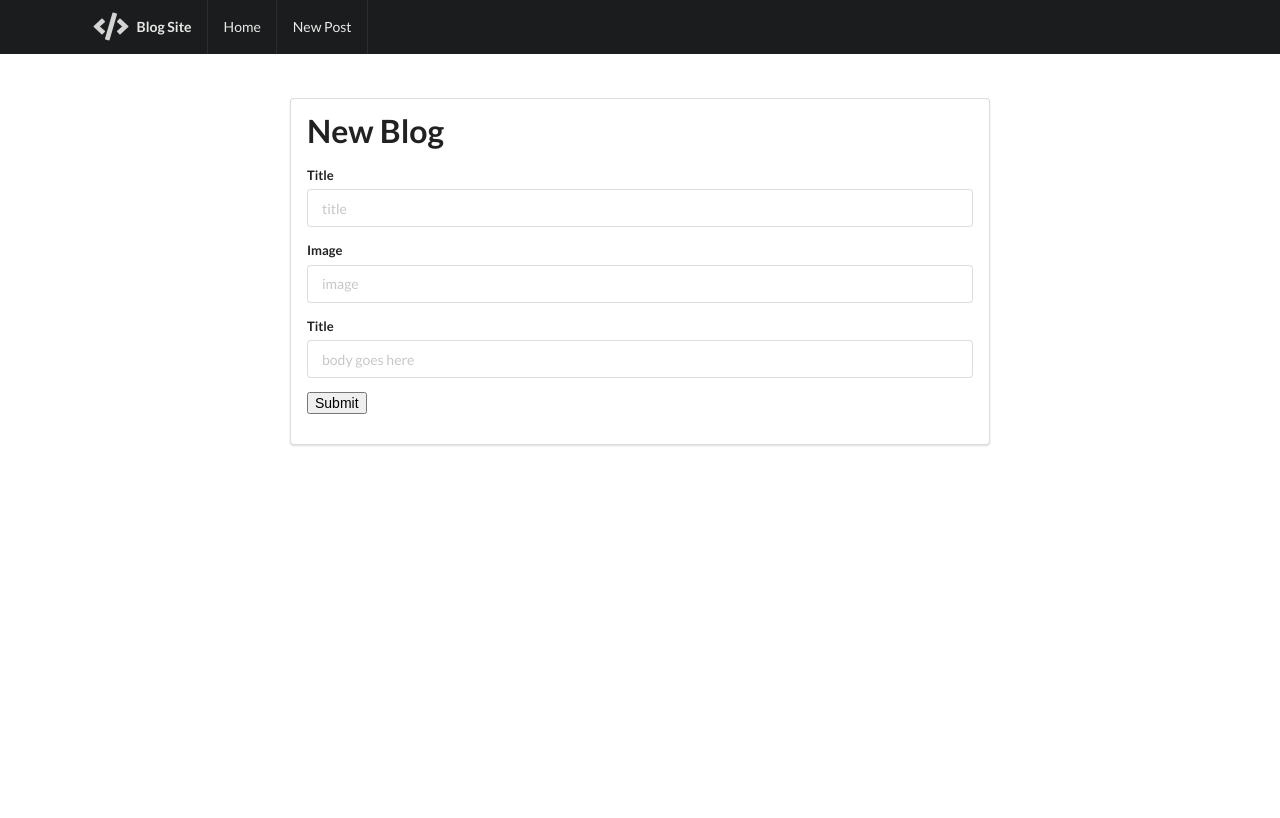
Repository: itsSYBruce/Redfin-Food-Truck
Page: http://localhost/blogs/new
The author's editor kept a record of every edit. The page is drawn from the files as they stood at one moment, then again after the next edit.
The browser window is 1280 px wide. The pictures show the whole page.
Some web libraries are served in a nearby version. The page is served by the project's Node server (RESTful Routing/RESTfulBlogApp/app.js).

Above is the page before.

### rulev bs4/RESTful Routing/RESTfulBlogApp/views/new.ejs
<% include partials/header %>
<div class = "ui main text container segment">
    <div class= "ui huge header">
        New Blog
    </div>
    <form class = "ui form" action = "/blogs" method = "POST">
        <div class = "field">
            <label>
                Title
            </label>
            <input type= "text" name = "blog[title]" placeholder = "title">
        </div>
        <div class = "field">
            <label>
                Image
            </label>
            <input type= "text" name = "blog[image]" placeholder = "image">
        </div>
        <div class = "field">
            <label>
                Title
            </label>
            <input type= "text" name = "blog[body]" placeholder = "body goes here">
        </div>
        <div>
            <input type= "submit">
        </div>

    </form>
</div>

<% include partials/footer %>

### rulev bs4/RESTful Routing/RESTfulBlogApp/views/partials/header.ejs
<html>
    <head>
        <title>
            Rule V Racing
        </title>
        <link rel = "stylesheet" type = "text/css" href = "https://cdnjs.cloudflare.com/ajax/libs/semantic-ui/2.1.4/semantic.min.css">
        <link rel = "stylesheet" type = "text/css" href = "/stylesheets/app.css">
    </head>
    <body>
        <div class = "ui fixed inverted menu">
            <div class = "ui container">
                <div class = "header item"><i class = "code icon"></i>Blog Site</div>
                <a href = "/" class = "item">Home</a>
                <a href = "/blogs/new" class = "item">New Post</a>
            </div>
        </div>

### rulev bs4/RESTful Routing/RESTfulBlogApp/views/partials/footer.ejs

    </body>

</html>

### rulev bs4/RESTful Routing/RESTfulBlogApp/app.js
var express = require("express");
var app = express();
var bodyParser = require("body-parser");
var mongoose = require("mongoose");
var methodOverride = require("method-override");

//MONGOOSE CONFIG
mongoose.connect("mongodb://localhost/restful_blog_app",  { useNewUrlParser: true });
app.set("view engine", "ejs");
app.use(express.static("public"));
app.use(bodyParser.urlencoded({extended:true}));
app.use(methodOverride("_method"));

//MONGOOSE/MODEL
var blogSchema = new mongoose.Schema({
    title: String,
    image: String,
    body: String,
    created: {type: Date, default: Date.now}
})
var Blog = mongoose.model("Blog", blogSchema);

// Blog.create( {
//     title: "mark",
//     image: "https://static1.squarespace.com/static/575b7b93c6fc08a912726ad7/575dbd98d210b82f783dfbbf/599270eed2b8572bae2aad4a/1540846235861/untitled-30.jpg?format=500w",
//     body: "body"
// })
//RESTFUL ROUTES
app.get("/", function(req, res) {
    res.redirect("/blogs");
})


//INDEX
app.get("/blogs", function(req, res) {
    Blog.find({}, function(err, blogs) {
        if(err) {
            console.log("err");
        } else {
            res.render("index", {blogs: blogs});
        }
    })
})

//NEW
app.get("/blogs/new", function(req, res) {
    res.render("new");
})

//CREATE
app.post("/blogs", function(req, res) {
    Blog.create(req.body.blog, function(err, newBlog) {
        if (err) {
            res.render("new");
        }
        else {
            res.redirect("/blogs");
        }
    })
})
//SHOW
app.get("/blogs/:id", function(req, res) {
    Blog.findById(req.params.id, function(err, foundBlog) {
        if (err) {
            console.log(err);
            res.redirect("/blogs");
        }
        else {
            res.render("show", {blog: foundBlog});
        }
    });
    //res.send("SHOW PAGE");
})

//EDIT ROUTE
app.get("/blogs/:id/edit", function(req, res){
    Blog.findById(req.params.id, function(err, foundBlog){
        if(err){
            res.redirect("/blogs");
        } else {
            res.render("edit", {blog: foundBlog});
        }
    });
})

//UPDATE
app.put("/blogs/:id", function(req, res){
        Blog.findByIdAndUpdate(req.params.id, req.body.blog, function(err, updatedBlog){
      if(err){
          res.redirect("/blogs");
      }  else {
          res.redirect("/blogs/" + req.params.id);
      }
   });
});

//
app.delete("/blogs/:id", function(req, res) {
    Blog.findByIdAndRemove(req.params.id, function() {
        if (err) {
            res.redirect
        }
        else {

        }

    })
    res.send("delete page is here");
})


app.listen(process.env.PORT, process.env.IP, function() {
    console.log("sail the boat captain");
})

### rulev bs4/RESTful Routing/RESTfulBlogApp/public/stylesheets/app.css
i.icon {
    font-size: 2em;
}

.container.main {
    margin-top: 7rem;
}

After the next edit:
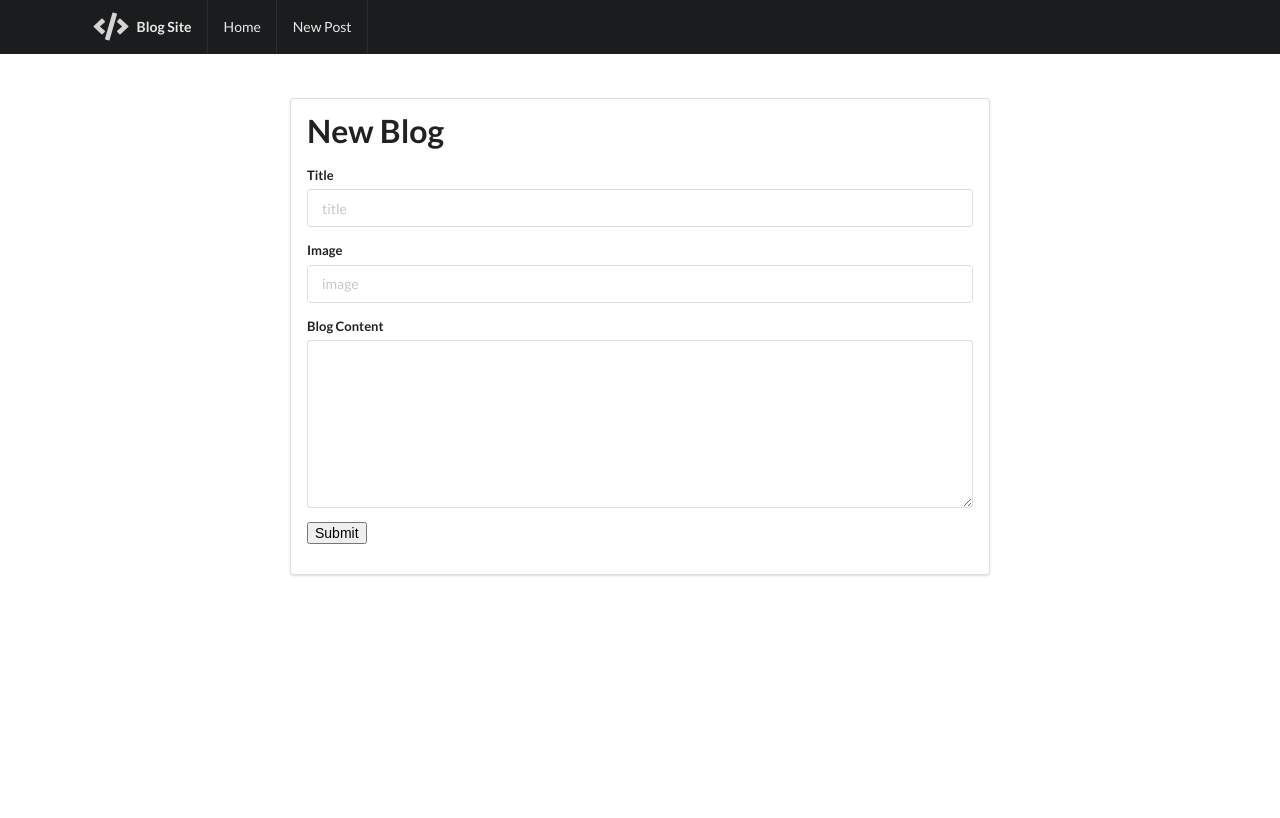
The edit:
--- a/rulev bs4/RESTful Routing/RESTfulBlogApp/views/new.ejs
+++ b/rulev bs4/RESTful Routing/RESTfulBlogApp/views/new.ejs
@@ -18,9 +18,9 @@
         </div>
         <div class = "field">
             <label>
-                Title
+                Blog Content
             </label>
-            <input type= "text" name = "blog[body]" placeholder = "body goes here">
+            <textarea name = "blog[body]"></textarea>
         </div>
         <div>
             <input type= "submit">
